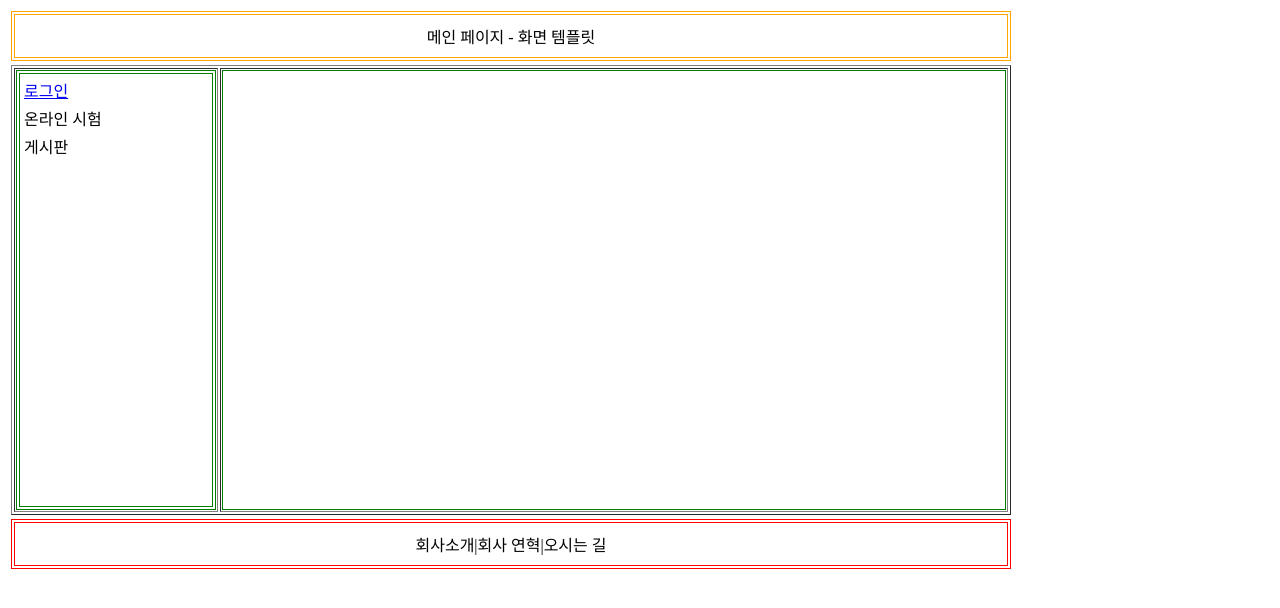
Repository: ikobean/ikoebean
Page: http://localhost/dev_jsp/ch07/index.jsp
The author's editor kept a copy of each file at every save. The page is drawn from the files as they stood at one save, then again after the next save.
The browser window is 1280 px wide. The pictures show the whole page.
The page is served by Tomcat 9. Other server files are loaded and not shown.

Above is the page before, as saved 2019-07-17 02:40:08.

### workspace_jsp/dev_jsp/WebContent/ch07/index.jsp
<%@ page language="java" contentType="text/html; charset=UTF-8"
    pageEncoding="UTF-8"%>
<!DOCTYPE html>
<html>
<head>
<meta charset="UTF-8">
<title>Insert title here</title>
</head>
<body>
<table border=0 width="1000" height="500">
<!-- top 영억 -->
	<tr>
	<td height="50" >

	<jsp:include page="top.jsp" flush="false"/></td>
	</tr>
<!-- body 영억 -->
	<tr>
		<td>
			<table border=1 width="1000" height="400">
				<tr>
<!-- menu 영억 -->
					<td width="200" >
					<jsp:include page="menu.jsp" flush="false"/>

					</td>
<!-- main 영억 -->
					<td>
					<jsp:include page="main.jsp" flush="false"/>

					</td>
				</tr>

			</table>
		</td>
	</tr>
<!-- bottom 영억 -->
	<tr>
		<td height="50">
		<jsp:include page="bottom.jsp" flush="false"/>

		</td>
	</tr>
</table>
</body>
</html>

### workspace_jsp/dev_jsp/WebContent/ch07/top.jsp
<%@ page language="java" contentType="text/html; charset=UTF-8"
    pageEncoding="UTF-8"%>
<!DOCTYPE html>
<html>
<head>
<meta charset="UTF-8">
<title>index.jsp페이지에 삽입되므로 title은 보이지 않음.</title>
</head>
<body>

<!-- index.jsp top영역에서 width와 height을 상수로 처리했으므로 %로 처리하면 됨. -->
<table width="100%" height="100%" borderColor="orange" border="1">
	<tr>
		<td align="center">	메인 페이지 - 화면 템플릿 </td>
	</tr>
</table>
</body>
</html>

### workspace_jsp/dev_jsp/WebContent/ch07/menu.jsp
<%@ page language="java" contentType="text/html; charset=UTF-8"
    pageEncoding="UTF-8"%>
<!DOCTYPE html>
<html>
<head>
<meta charset="UTF-8">
<title>Insert title here</title>
</head>
<body>
<table width="100%" height="100%" borderColor="green" border="1">
	<tr>
		<td align="left" valign="top">
		<table>
			<tr><td height="20px" onclick=>
			<a href="#">로그인</a></td></tr>
			<tr><td height="20px">온라인 시험</td></tr>
			<tr><td height="20px">게시판</td></tr>
			<tr><td height="340px">&nbsp;</td></tr>

		</table>


</table>
</body>
</html>

### workspace_jsp/dev_jsp/WebContent/ch07/main.jsp
<%@ page language="java" contentType="text/html; charset=UTF-8"
    pageEncoding="UTF-8"%>
<!DOCTYPE html>
<html>
<head>
<meta charset="UTF-8">
<title>Insert title here</title>
</head>
<body>
<table width="100%" height="100%" borderColor="green" border="1">
</table>

</body>
</html>

### workspace_jsp/dev_jsp/WebContent/ch07/bottom.jsp
<%@ page language="java" contentType="text/html; charset=UTF-8"
    pageEncoding="UTF-8"%>
<!DOCTYPE html>
<html>
<head>
<meta charset="UTF-8">
<title>Insert title here</title>
</head>
<body>

<table width="100%" height="100%" borderColor="red" border="1">
	<tr>
		<td align="center">	회사소개|회사 연혁|오시는 길 </td>
	</tr>
</table>
</body>
</html>

After the next save:
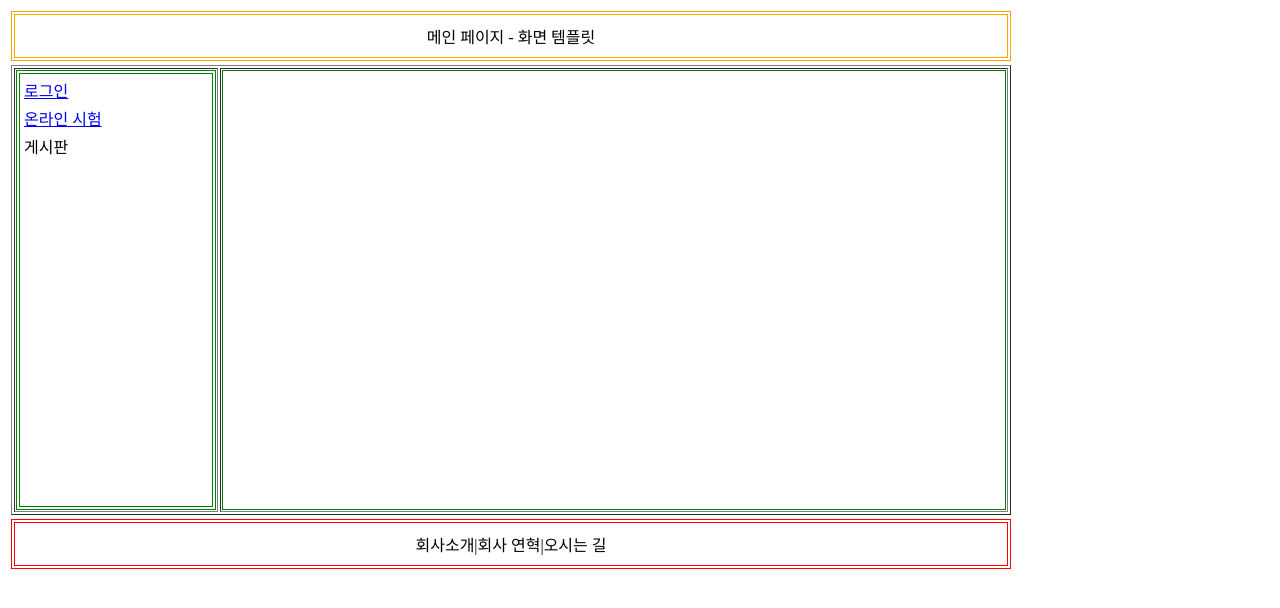
Saved 22 s later.
--- a/workspace_jsp/dev_jsp/WebContent/ch07/menu.jsp
+++ b/workspace_jsp/dev_jsp/WebContent/ch07/menu.jsp
@@ -12,8 +12,11 @@
 		<td align="left" valign="top">
 		<table>
 			<tr><td height="20px" onclick=>
-			<a href="#">로그인</a></td></tr>
-			<tr><td height="20px">온라인 시험</td></tr>
+			<a href="#">로그인</a>
+			</td></tr>
+			<tr><td height="20px">
+			<a href="#">온라인 시험</a>
+			</td></tr>
 			<tr><td height="20px">게시판</td></tr>
 			<tr><td height="340px">&nbsp;</td></tr>
 
